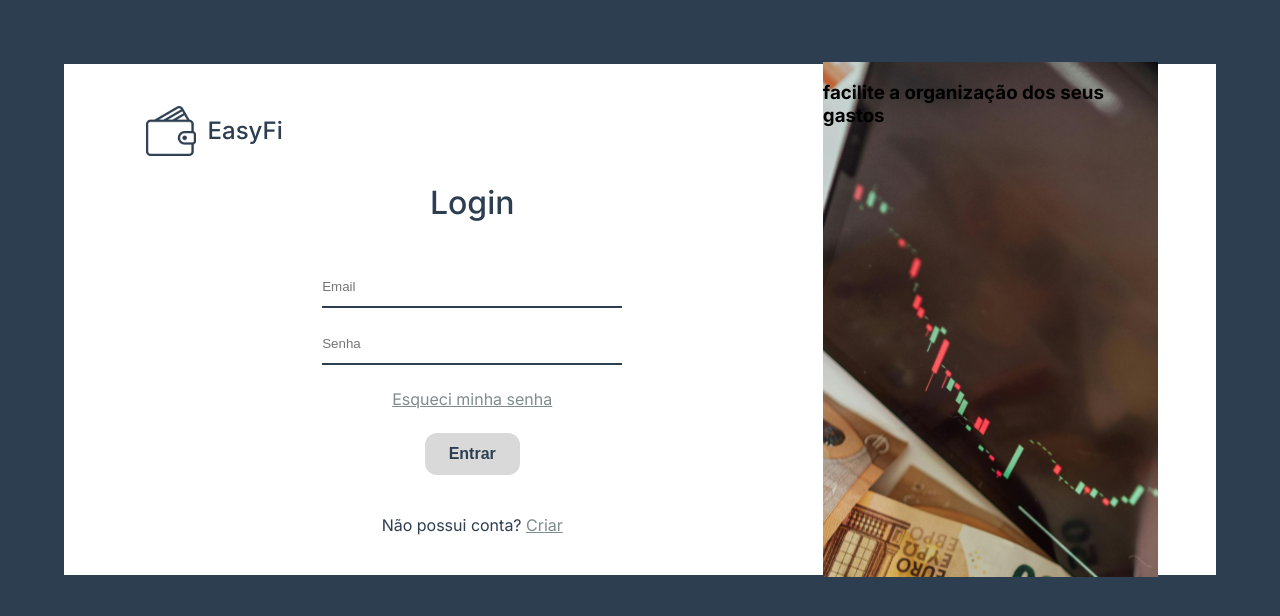
Repository: Ingridiag/projeto-engenharia
Page: login.html
An editor plug-in stored every save of this project. The page is shown before and after a run of saves, followed by the edit.
The browser window is 1280 px wide. The pictures show the whole page.

Above is the page before, as saved 2024-10-28 16:31:53.

### login.html
<!DOCTYPE html>
<html lang="pt">

<head>
    <meta charset="UTF-8">
    <meta name="viewport" content="width=device-width, initial-scale=1.0">
    <link rel="preconnect" href="https://fonts.googleapis.com">
<link rel="preconnect" href="https://fonts.gstatic.com" crossorigin>
<link href="https://fonts.googleapis.com/css2?family=Inter:ital,opsz,wght@0,14..32,100..900;1,14..32,100..900&display=swap"
rel="stylesheet">
    <link rel="stylesheet" href="style.css">
    <title>Login</title>
</head>

<body>
    <div class="container">

        <!-- Tela Login -->
        <div class="login">
            <div class="primeira-coluna">
                <div class="logo">
                    <img src="imagens/logo-azul 1.svg" alt="logo">
                    <h1>EasyFi</h1>
                </div>
                <div class="formulario">
                    <h1 class="title">Login</h1>
                    <form >
                        <input type="email" placeholder="Email">
                        <input type="password" placeholder="Senha">
                    </form>
                    <div class="uses">
                        <a href="#" class="link">Esqueci minha senha</a>

                    </div>
                    <div class="btn-default">
                        <button>
                            Entrar
                        </button>
                    </div>
                    <div >
                        <p>Não possui conta?
                            <span>
                                <a href="#" class="link">Criar</a>
                            </span>
                        </p>
                    </div>
                </div>
            </div>
            <div class="decor">
                <h3 class="mensagem">
                    facilite a organização dos seus gastos
                </h3>
            </div>
        </div>



        <div class="cadastro">
            <!-- Tela Cadastro -->
            <div class="decor">
                <h3 class="mensagem">
                    facilite a organização dos seus gastos
                </h3>
            </div>

            <div class="primeira-coluna">
                <div class="logo">
                    <img src="imagens/logo-azul 1.svg" alt="logo">
                    <h1>EasyFi</h1>
                </div>
                <div class="formulario">
                    <h1 class="title">Criar Conta</h1>
                    <form >
                        <input type="text" placeholder="Nome">
                        <input type="email" placeholder="Email">
                        <input type="password" placeholder="Senha">
                        <input type="password" placeholder=" Confirmar senha">
                    </form>
                    <div>
                        <a href="#" class="link">Esqueci minha senha</a>

                    </div>
                    <div class="btn-default">
                        <button>
                            Entrar
                        </button>
                    </div>
                    <div class="uses">
                        <p>Já possui conta?
                            <span>
                                <a href="#" class="link">Login</a>
                            </span>
                        </p>
                    </div>
                </div>
            </div>
        </div>


    </div>

</body>

</html>

### style.css
body {
    margin: 0;
    padding: 0;
    box-sizing: border-box;
    background: #2C3E50;
    font-family: "Inter", sans-serif;
}

.container {
    display: flex;
    justify-content: center;
    align-items: center;
    margin: 5%;
}

.login {
    width: 100%;
    height: 55vh;
    padding: 5%;
    display: flex;
    align-items: center;
    background: #fff;
    justify-content: space-between;
}

.primeira-coluna {
    width: 70%;
    display: flex;
    flex-direction: column;
    justify-content: center;
    /* background: #909090; */
}

.logo {
    display: flex;
    gap: 12px;
    align-items: center;
    padding: 12px 24px 0;
    color: #2C3E50;

    h1 {
        font-size: 24px;
        font-weight: 500;
    }
    img{
        width: 50px;

    }

}

.formulario {
    display: flex;
    flex-direction: column;
    align-items: center;
    gap: 24px;
    color: #2C3E50;
    h1{
        font-weight: 500;}
}

.formulario form {
    display: flex;
    flex-direction: column;
    gap: 16px;
}

.formulario form input {
    width: 300px;
    padding: 12px 0px;
    background: none;
    border: none;
    border-bottom: 2px solid #2C3E50;
    outline: none;
    color: #2C3E50;

}

.formulario a {
    color: #7F8C8D;
}

.btn-default button {
    background: #D9D9D9;
    border: none;
    border-radius: 12px;
    padding: 12px 24px;
    font-size: 16px;
    transition: 0.2s ease;
    cursor: pointer;
    color: #2C3E50;
    font-weight: 600;
}

.btn-default button:hover {
    background: #F4EEEE;
    color: #577695;
    transform: scale(1.1);
}
.decor{
    height: 130%;
    background-image: url(imagens/imagem_background.svg );
}

.cadastro {
    display: none;
    flex-direction: column;
    position: relative;
}

After the next 2 saves:
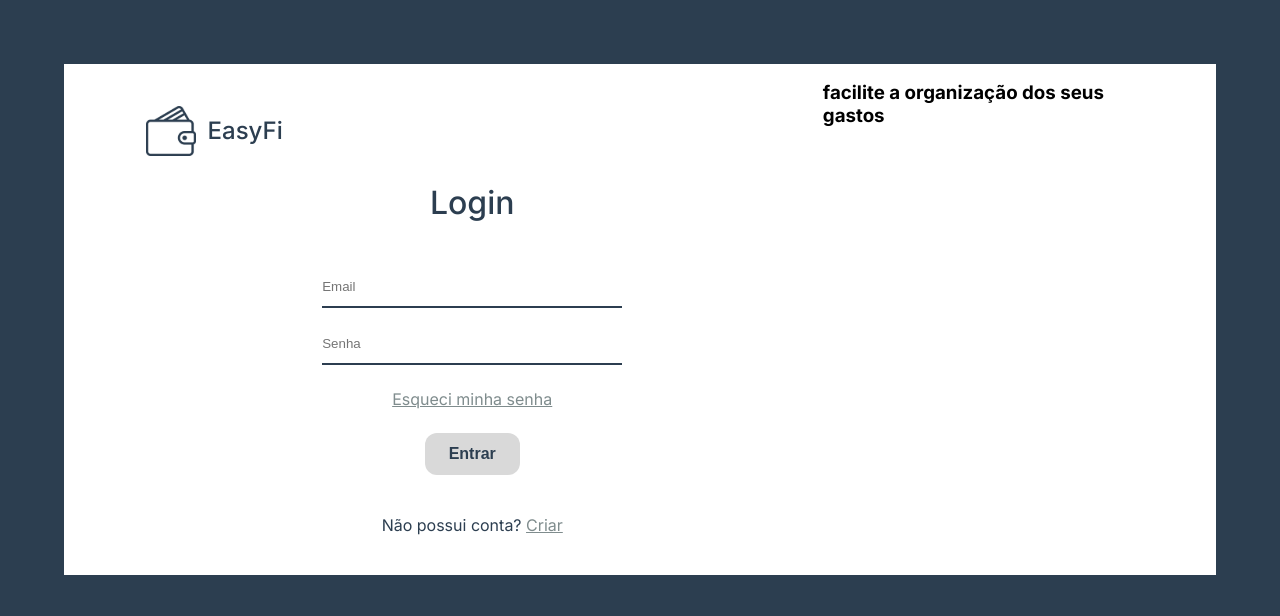
The 2 saves are shown as one change because they came seconds apart.
The last was saved 6 s later.
--- a/style.css
+++ b/style.css
@@ -99,7 +99,7 @@
 }
 .decor{
     height: 130%;
-    background-image: url(imagens/imagem_background.svg );
+    background-image: url(imagens/imagem_background.svg 200px);
 }
 
 .cadastro {

After the save that followed:
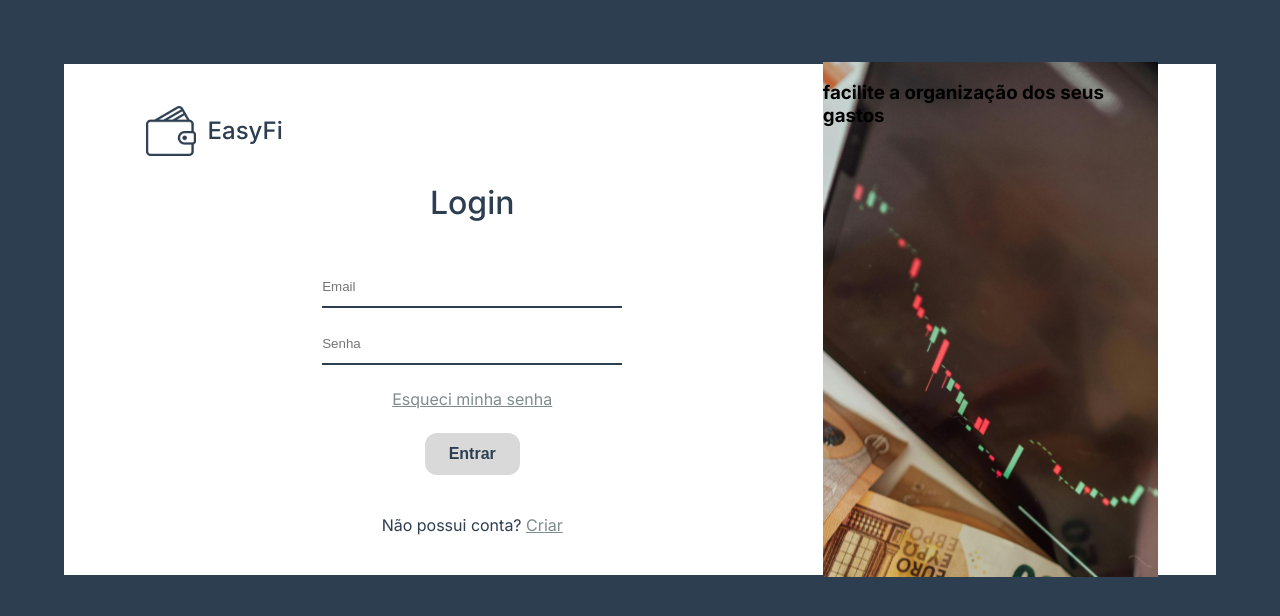
Saved 5 s later.
--- a/style.css
+++ b/style.css
@@ -99,7 +99,7 @@
 }
 .decor{
     height: 130%;
-    background-image: url(imagens/imagem_background.svg 200px);
+    background-image: url(imagens/imagem_background.svg);
 }
 
 .cadastro {
